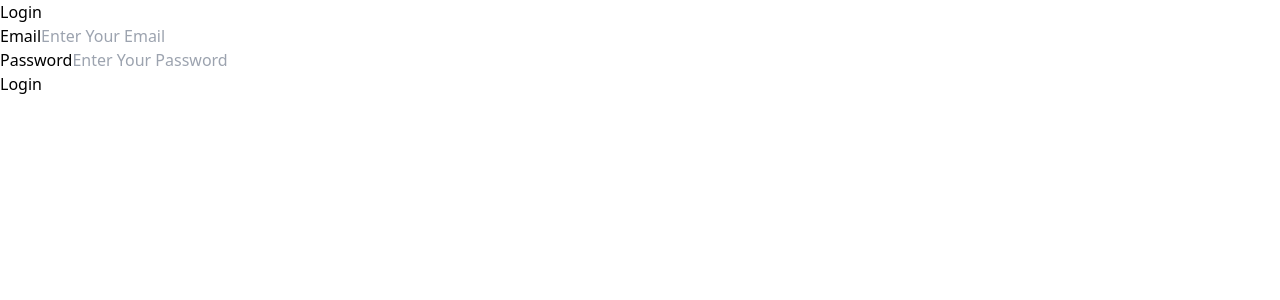
Repository: mk694/stepperForm
Page: /login
The author's editor kept a copy of each file at every save. The page is drawn from the files as they stood at one save, then again after the next save.
The browser window is 1280 px wide. The pictures show the whole page.
The project was rebuilt for these pictures with package versions that can differ from the ones it lists, and the page was loaded fresh each time. The framework's server and built-in components were replaced by stand-ins that run in the browser. Also part of the build but not shown: next.config.js.

Above is the page before, as saved 2022-04-29 04:44:10.

### pages/_app.js
import Layout from "../layout/layout";
import "../styles/globals.css";
import { store } from "../redux/store.js";
// import { AuthContext } from "../authContext/AuthContext";

function MyApp({ Component, pageProps }) {
  return (
    // <AuthContext>
    <Layout>
      <Component {...pageProps} />
    </Layout>
    // </AuthContext>
  );
}

export default MyApp;

### pages/login.js
import React, { useState } from "react";
import { signInWithEmailAndPassword } from "firebase/auth";
import { auth } from "../firebase/config";
import { useRouter } from "next/router";
import { useEffect } from "react";

function login() {
  const [email, setEmail] = useState("");
  const [err, setErr] = useState("");
  const [password, setPassword] = useState("");
  const router = useRouter();

  useEffect(() => {
    const uid = JSON.parse(localStorage.getItem("user"));
    if (uid !== null) {
      router.push("/");
    }
  }, []);

  const Loginhandler = async (e) => {
    e.preventDefault();
    try {
      const res = await signInWithEmailAndPassword(auth, email, password);
      console.log(res.user);
      localStorage.setItem("user", JSON.stringify(res.user.uid));

      router.push("/");
    } catch (error) {
      console.log(error.message);
    }
  };
  return (
    <div>
      <form onSubmit={Loginhandler}>
        <h1 className="text-center text-4xl uppercase font-bold p-10">Login</h1>
        <div className="flex justify-center w-full">
          <div className="mb-4">
            <div className="mb-6">
              <label
                className="block text-gray-700 text-sm font-bold mb-2"
                htmlFor="email"
              >
                Email
              </label>
              <input
                className="shadow appearance-none border rounded w-full py-2 px-3
             text-gray-700 leading-tight focus:outline-none focus:shadow-outline"
                id="country"
                type="email"
                placeholder="Enter Your Email"
                onChange={(e) => setEmail(e.target.value)}
                // defaultValue={values.firstName}
              />
            </div>
            <div className="mb-6">
              <label
                className="block text-gray-700 text-sm font-bold mb-2"
                htmlFor="password"
              >
                Password
              </label>
              <input
                className="shadow appearance-none border rounded w-full py-2 px-3
             text-gray-700 leading-tight focus:outline-none focus:shadow-outline"
                id="country"
                type="password"
                placeholder="Enter Your Password"
                onChange={(e) => setPassword(e.target.value)}

                // defaultValue={values.lastName}
              />
            </div>
            <button
              className="bg-green-500 w-full py-2 my-4 text-white rounded-md"
              type="submit"
            >
              Login
            </button>
          </div>
        </div>
      </form>
    </div>
  );
}

export default login;

### layout/layout.js
import Header from "./header/header.component";

function layout({ children }) {
  return (
    <>
      <Header />
      {children}
    </>
  );
}

export default layout;

### redux/store.js
import { configureStore } from "@reduxjs/toolkit";
import userSlice from "./features/userSlice";

export const store = configureStore({
  reducer: {
    user: userSlice,
  },
});

### firebase/config.js
// Import the functions you need from the SDKs you need
import { initializeApp } from "firebase/app";
import { getAuth } from "firebase/auth";
import { getFirestore } from "firebase/firestore";
// TODO: Add SDKs for Firebase products that you want to use
// https://firebase.google.com/docs/web/setup#available-libraries

// Your web app's Firebase configuration
const firebaseConfig = {
  apiKey: "AIzaSyCTWskB3SDn8fWc4NG1a9wLaVJI3MN-Yzc",
  authDomain: "fb-form-b0388.firebaseapp.com",
  projectId: "fb-form-b0388",
  storageBucket: "fb-form-b0388.appspot.com",
  messagingSenderId: "356447492272",
  appId: "1:356447492272:web:b3df8683eefbe6cf7fc375",
};

// Initialize Firebase
const app = initializeApp(firebaseConfig);
export const db = getFirestore(app);
export const auth = getAuth(app);

### layout/header/header.component.js
import Link from "next/link";
import { useState, useEffect } from "react";
import { useRouter } from "next/router";

function header() {
  const [isLoggedIn, setIsLoggedIn] = useState(false);

  useEffect(() => {
    const uid = JSON.parse(localStorage.getItem("user"));
    if (uid !== null) {
      setIsLoggedIn(true);
    }
  }, []);

  if (isLoggedIn === false) {
    return <></>;
  }
  return (
    <>
      <nav className="bg-gray-600  text-slate-100 border-gray-200 px-2 sm:px-4 py-2.5 rounded  dark:bg-gray-800">
        <div className="container flex flex-wrap justify-around items-center mx-auto">
          <div>
            <Link href="/form">
              <a className="bg-slate-800  text-slate-50 px-2 py-1 rounded hover:bg-orange-500 ">
                Fill form
              </a>
            </Link>
          </div>
          <div className="bg-slate-800 px-2 py-1 rounded hover:bg-orange-800 mx-9 ">
            <Link href="/">
              <a className="">Home</a>
            </Link>
          </div>
          {/* {isLoggedIn && ( */}
          <div className="flex ">
            <div>
              <Link href="/logout">
                <a className="bg-slate-800 px-2 py-1 rounded hover:bg-red-600 ml-2">
                  Signout
                </a>
              </Link>
            </div>
          </div>
          {/* )} */}
        </div>
      </nav>
    </>
  );
}

export default header;

### redux/features/userSlice.js
import { createSlice } from "@reduxjs/toolkit";

const userSlice = createSlice({
  name: "user",
  initialState: {
    isAuth: false,
    error: "12323",
  },
  reducers: {
    loginSuccess: (state, { payload }) => {
      state.isAuth = true;
    },
    loginFail: (state, { payload }) => {
      state.isAuth = false;
      state.error = action.payload;
    },
  },
});

export const { login, logout } = userSlice.actions;
export default userSlice.reducer;

Loaded but not shown: styles/globals.css (common file)

After the next save:
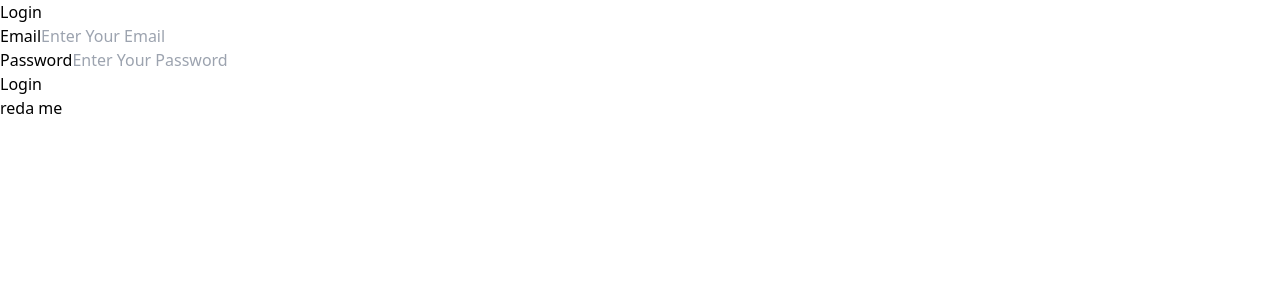
Saved 10 s later.
--- a/pages/login.js
+++ b/pages/login.js
@@ -77,6 +77,7 @@ function login() {
               Login
             </button>
           </div>
+          <p>reda me</p>
         </div>
       </form>
     </div>
